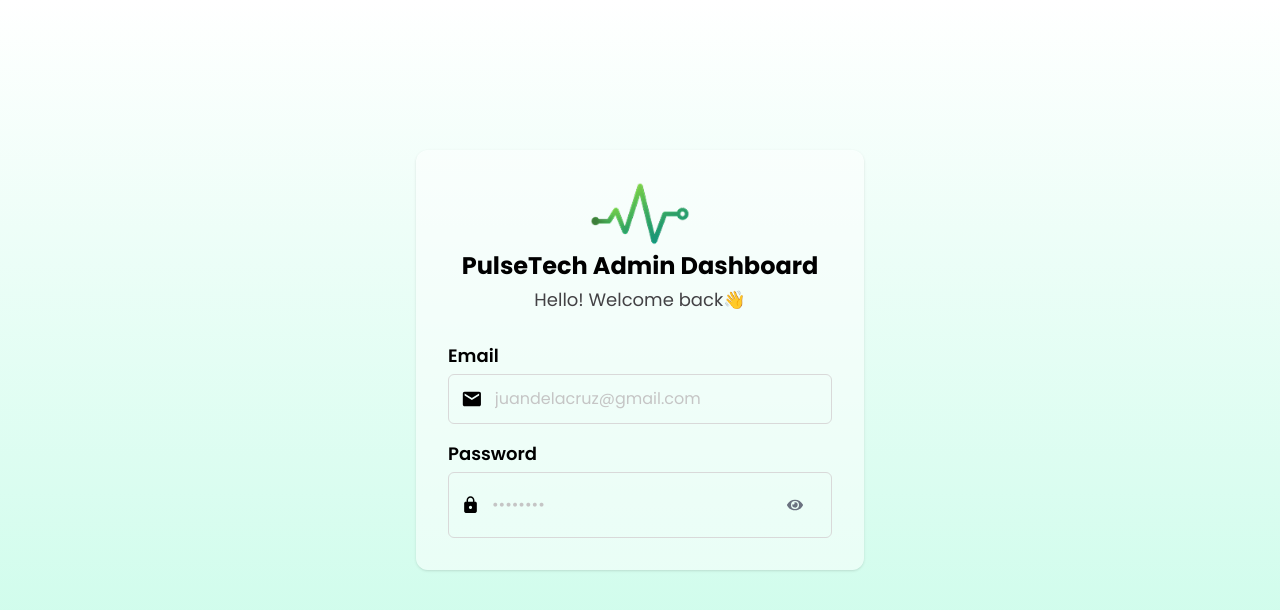
Repository: ShyrineJardin/pulse_admin
Page: /
These files come from the project's save history. The page is drawn as it stood at one moment and after the next save; the edit follows.
The browser window is 1280 px wide. The pictures show the whole page.
The project was rebuilt for these pictures with package versions that can differ from the ones it lists, and the page was loaded fresh each time.

Above is the page before, as saved 2026-03-25 11:22:37.

### src/index.css
@import url('https://fonts.googleapis.com/css2?family=Inter:ital,opsz,wght@0,14..32,100..900;1,14..32,100..900&family=Poppins:ital,wght@0,100;0,200;0,300;0,400;0,500;0,600;0,700;0,800;0,900;1,100;1,200;1,300;1,400;1,500;1,600;1,700;1,800;1,900&display=swap');

@tailwind base;
@tailwind components;
@tailwind utilities;

*{
    margin: 0;
    padding: 0;
    box-sizing: border-box;
}

body {
    font-family: poppins, sans-serif;
}

### src/App.js
import Login from "./components/Login";

function App() {
  return (
    <div className="App">
      <Login />
    </div>
  );
}

export default App;

### src/components/Login.jsx
import {React, useState} from "react";
import { MdEmail, MdLock } from "react-icons/md";
import { FaEye, FaEyeSlash } from "react-icons/fa";


const Login = () => {
  const [showPassword, setShowPassword] = useState(false);

  return (
   <div className="flex items-center justify-center h-screen bg-gradient-to-b from-white to-[#C9FCE9]">
        <div className="w-full max-w-sm md:max-w-md p-8 space-y-6 bg-white/50 rounded-xl shadow">
            <div className="flex flex-col text-center gap-1">
                <img src="/logo.png" alt="pulse logo" className="lg:h-16 h-14 mx-auto" />
                <h2 className="font-bold text-xl lg:text-2xl">PulseTech Admin Dashboard</h2>
                <p className="text-subtext text-base lg:text-lg">Hello! Welcome back👋</p>

                <form action="">
                    <div className="flex flex-col gap-4 mt-6">
                        <div className="flex flex-col gap-1">
                            <h3 className="text-left font-semibold text-lg">Email</h3>
                            <div className="flex items-center gap-3 bg-#F6F6F6 p-3 border border-[#D9D9D9] rounded-md focus-within:ring-2 focus-within:ring-primary">
                                <MdEmail className="h-6 w-6" />
                                <input type="email" placeholder="juandelacruz@gmail.com" className=" placeholder:text-[#C5C5C5] bg-transparent outline-none w-full" />
                            </div>
                        </div>
                        <div className="flex flex-col gap-1">
                            <h3 className="text-left font-semibold text-lg">Password</h3>
                            <div className="flex items-center gap-3 bg-#F6F6F6 p-3 border border-[#D9D9D9] rounded-md focus-within:ring-2 focus-within:ring-primary">
                                <MdLock className="h-6 w-6" />
                                <input
                                    type={showPassword ? "text" : "password"}
                                    placeholder="••••••••"
                                    className="placeholder:text-[#C5C5C5] bg-transparent outline-none w-full"
                                />
                                <button
                                    type="button"
                                    onClick={() => setShowPassword(!showPassword)}
                                    className="text-gray-500 h-10 w-10 hover:text-gray-700"
                                >
                                    {showPassword ? <FaEyeSlash /> : <FaEye />}
                                </button>
                            </div>
                        </div>
                    </div>
                </form>
            </div>

        </div>
    </div>
  );
}

export default Login;

### tailwind.config.js
/** @type {import('tailwindcss').Config} */
module.exports = {
  content: [
    "./src/**/*.{js,jsx,ts,tsx}",
  ],
  theme: {
    extend: {
        colors: {
          'subtext': '#434245',
          'primary': '#75EEA5',
        },
    }
  },
  plugins: [],
}

Loaded but not shown: public/index.html (common file); src/index.js (common file); src/reportWebVitals.js (common file)

After the next save:
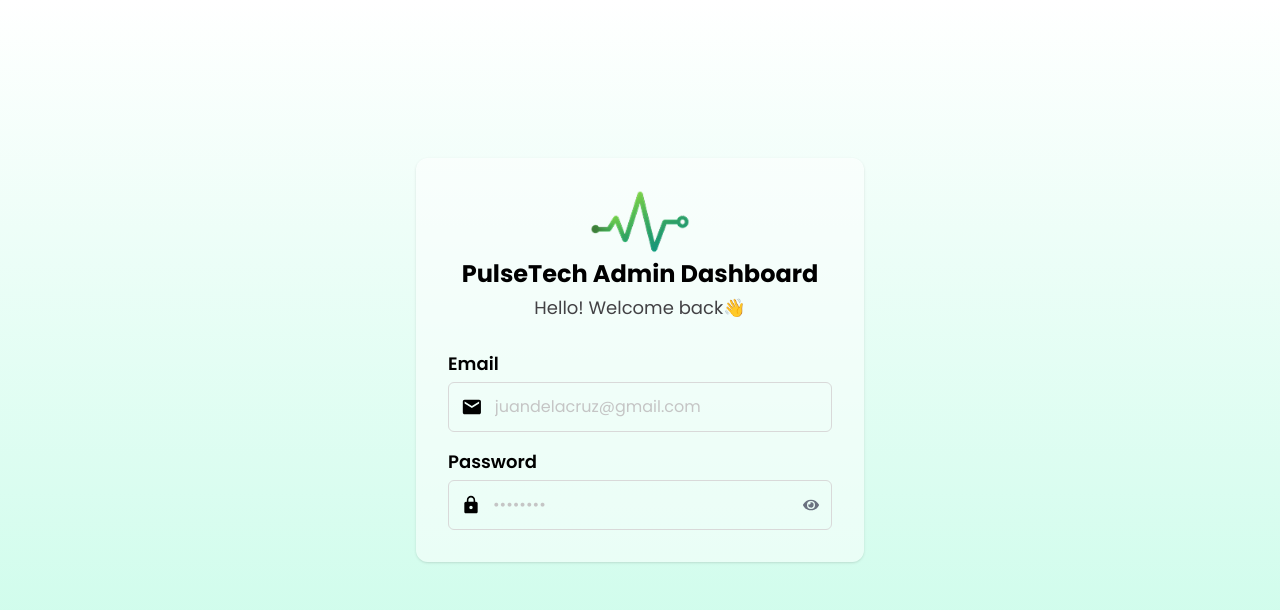
Saved 46 s later.
--- a/src/components/Login.jsx
+++ b/src/components/Login.jsx
@@ -35,7 +35,7 @@ const Login = () => {
                                 <button
                                     type="button"
                                     onClick={() => setShowPassword(!showPassword)}
-                                    className="text-gray-500 h-10 w-10 hover:text-gray-700"
+                                    className="text-gray-500 hover:text-gray-700"
                                 >
                                     {showPassword ? <FaEyeSlash /> : <FaEye />}
                                 </button>
